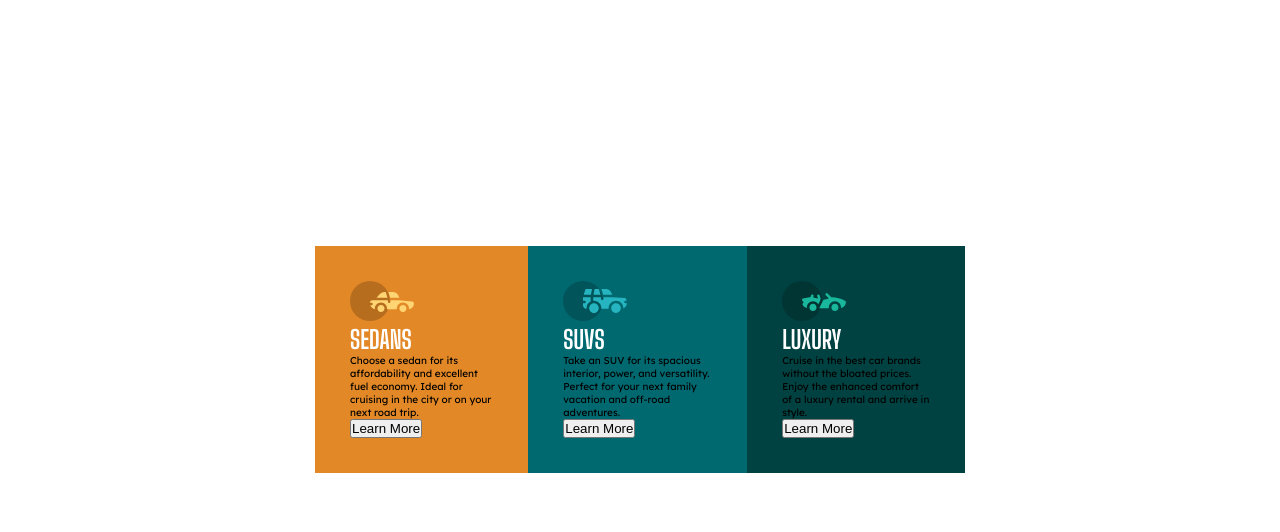
Repository: thaibaocoder1/3-column-card
Page: index.html
These files come from the project's save history. The page is drawn as it stood at one moment and after the next save; the edit follows.
The browser window is 1280 px wide. The pictures show the whole page.

Above is the page before, as saved 2023-01-11 20:56:29.

### index.html
<!DOCTYPE html>
<html lang="en">
<head>
  <meta charset="UTF-8">
  <meta name="viewport" content="width=device-width, initial-scale=1.0">
  <link rel="icon" type="image/png" sizes="32x32" href="./images/favicon-32x32.png">
  <title>Frontend Mentor | 3-column preview card component</title>
  <link rel="preconnect" href="https://fonts.googleapis.com">
  <link rel="preconnect" href="https://fonts.gstatic.com" crossorigin>
  <link href="https://fonts.googleapis.com/css2?family=Big+Shoulders+Display:wght@700&family=Lexend+Deca&display=swap" rel="stylesheet">
  <link rel="stylesheet" href="./styles.css">
</head>
<body>

  <main class="container">
    <div class="container__box container__box--one">
      <img src="./images/icon-sedans.svg" alt="" class="container--image">
      <h1 class="container--heading">Sedans</h1>
      <p class="container--content">
        Choose a sedan for its affordability and excellent fuel economy. Ideal for cruising in the city
        or on your next road trip.
      </p>
      <button class="container--btn">Learn More</button>
    </div>

    <div class="container__box container__box--two">
      <img src="./images/icon-suvs.svg" alt="" class="container--image">
      <h1 class="container--heading">Suvs</h1>
      <p class="container--content">
        Take an SUV for its spacious interior, power, and versatility. Perfect for your next family vacation
        and off-road adventures.
      </p>
      <button class="container--btn">Learn More</button>
    </div>

    <div class="container__box container__box--three">
      <img src="./images/icon-luxury.svg" alt="" class="container--image">
      <h1 class="container--heading">Luxury</h1>
      <p class="container--content">
        Cruise in the best car brands without the bloated prices. Enjoy the enhanced comfort of a luxury
        rental and arrive in style.
      </p>
      <button class="container--btn">Learn More</button>
    </div>
  </main>


</body>
</html>

### styles.css
* {
    margin: 0;
    padding: 0;
    box-sizing: border-box;
}
html {
    font-size: 62.5%;
}
body {
    text-rendering: optimizeLegibility;
    scroll-behavior: smooth;
    font-family: 'Big Shoulders Display', cursive;
    font-family: 'Lexend Deca', sans-serif;
    display: flex;
    align-items: center;
    justify-content: center;
    min-height: calc(100vh - 1px);
}
:root {
    --bright-orange: hsl(31, 77%, 52%);
    --dark-cyan: hsl(184, 100%, 22%);
    --very-dark-cyan: hsl(179, 100%, 13%);
    --white-p:  hsla(0, 0%, 100%, 0.75);
    --light-gray: hsl(0, 0%, 95%);
}
.container {
    max-width: 65rem;
    margin: 0 auto;
    background-color: var(--light-gray);
    display: flex;
    align-items: stretch;
    justify-content: center;
}
.container .container__box--one {
    background-color: var(--bright-orange);
}
.container .container__box--two {
    background-color: var(--dark-cyan);
}
.container .container__box--three {
    background-color: var(--very-dark-cyan);
}
.container .container__box {
    padding: 3.5rem;
}
.container__box .container--heading {
    color: #fff;
    font-family: 'Big Shoulders Display', cursive;
    text-transform: uppercase;
    font-size: 2.5rem;
}

After the next save:
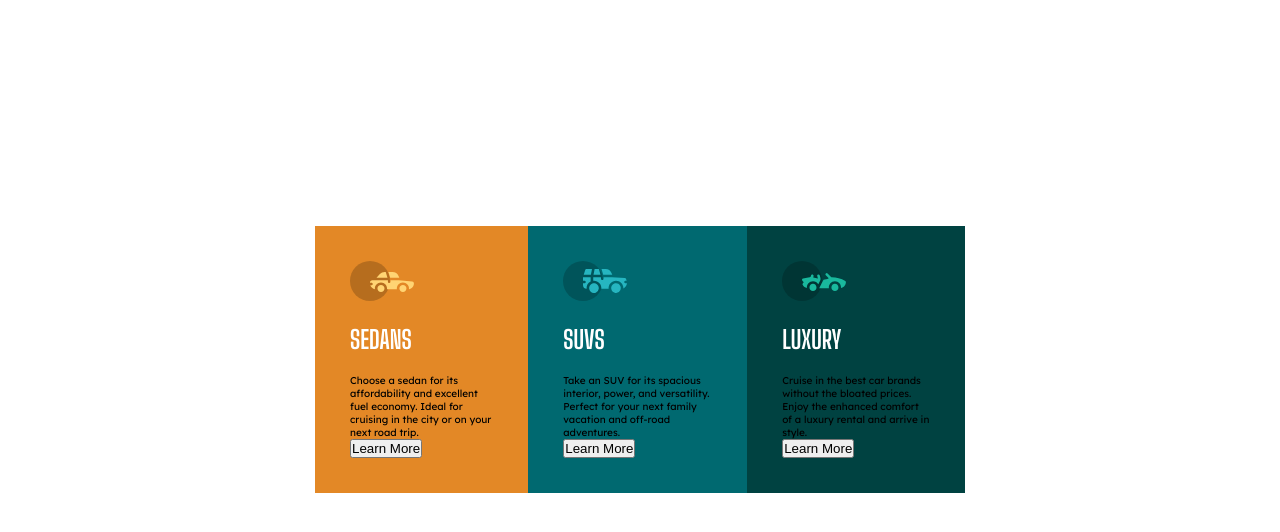
Saved 14 s later.
--- a/styles.css
+++ b/styles.css
@@ -48,4 +48,5 @@ body {
     font-family: 'Big Shoulders Display', cursive;
     text-transform: uppercase;
     font-size: 2.5rem;
+    margin: 2rem 0;
 }
